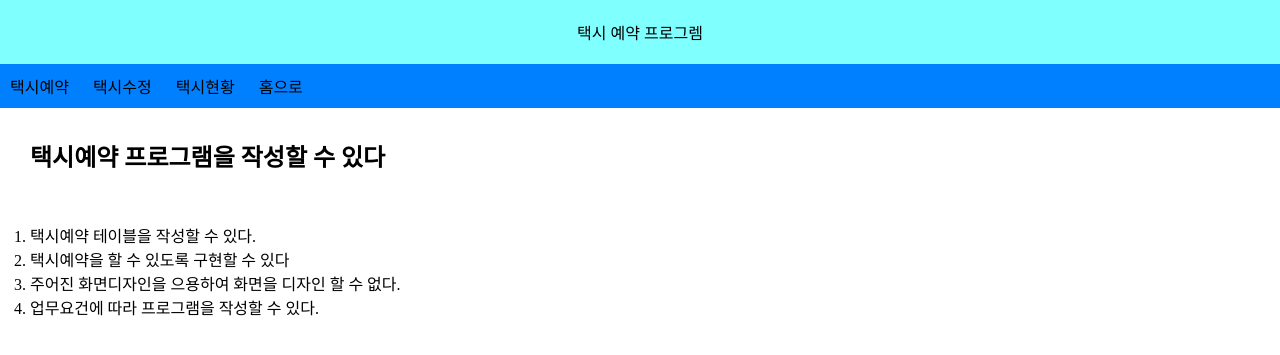
Repository: juntae710/acorn_web
Page: http://localhost/prj0828/택시/index.jsp
An editor plug-in stored every save of this project. The page is shown before and after the next save, followed by the edit.
The browser window is 1280 px wide. The pictures show the whole page.
The page is served by Tomcat 9. Other server files are loaded and not shown.

Above is the page before, as saved 2023-08-28 06:24:10.

### prj0828/src/main/webapp/택시/index.jsp
<%@ page language="java" contentType="text/html; charset=UTF-8"
    pageEncoding="UTF-8"%>
<!DOCTYPE html>
<html>
<head>
<meta charset="UTF-8">
<title>Insert title here</title>
<link href="./css/index.css" rel="stylesheet"/>
</head>
<body>
<header>
 택시 예약 프로그렘
</header>
<nav>
<ul>
<li>택시예약</li>
<li>택시수정</li>
<li>택시현황</li>
<li>홈으로</li>
</ul>

</nav>
<section>
<h2>택시예약 프로그램을 작성할 수 있다 </h2>
<ol>
<li>택시예약 테이블을 작성할 수 있다.</li>
<li>택시예약을 할 수 있도록 구현할 수 있다</li>
<li>주어진 화면디자인을 으용하여 화면을 디자인 할 수 없다.</li>
<li>업무요건에 따라 프로그램을 작성할 수 있다.</li>
</ol>
</section>
<footer></footer>

<!-- 태그 : 쌍으로 (열리는태그 , 닫히는 태그) <h2></h2>
단독으로 사용되는 태그:
<img src =""/> -->
</body>
</html>

### prj0828/src/main/webapp/css/index.css
@charset "UTF-8";
*{
	padding: 0px;
	margin: 0px;
}
header{
	padding: 20px;
	/*color: blue;*/
	background-color: rgb(128, 255, 255);
	text-align: center;
}
nav{
	padding: 10px;
	/*color: blue;*/
	background-color: rgb(0, 128, 255);
	/*text-align: center;*/
}
ul{
	list-style: none;
}
ul > li{
	display: inline-block;
	padding-right: 20px;
}
section{
	height: 500px;
	padding: 30px;
}
section ol{
	margin-top: 50px;
}
footer{
	background-color:  rgb(128, 255, 255);
}

After the next save:
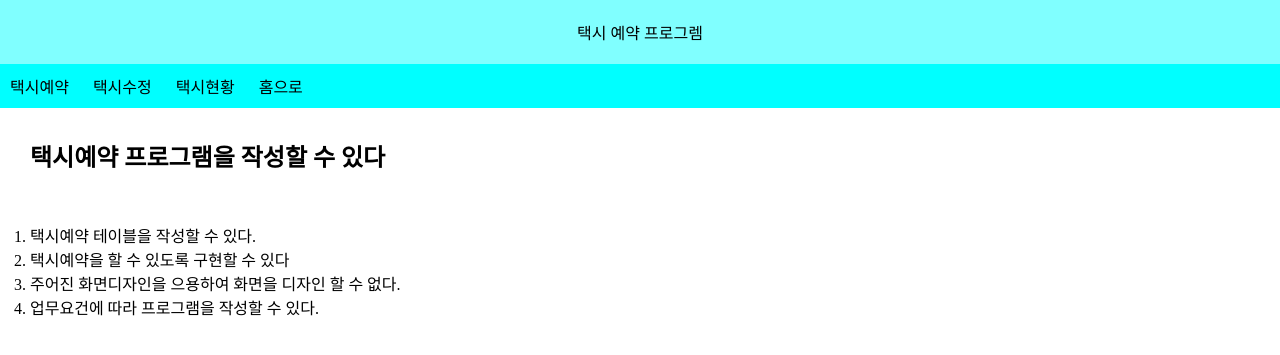
Saved 32 s later.
--- a/prj0828/src/main/webapp/css/index.css
+++ b/prj0828/src/main/webapp/css/index.css
@@ -12,7 +12,7 @@
 nav{
 	padding: 10px;
 	/*color: blue;*/
-	background-color: rgb(0, 128, 255);
+	background-color: rgb(0, 255, 255);
 	/*text-align: center;*/
 }
 ul{
